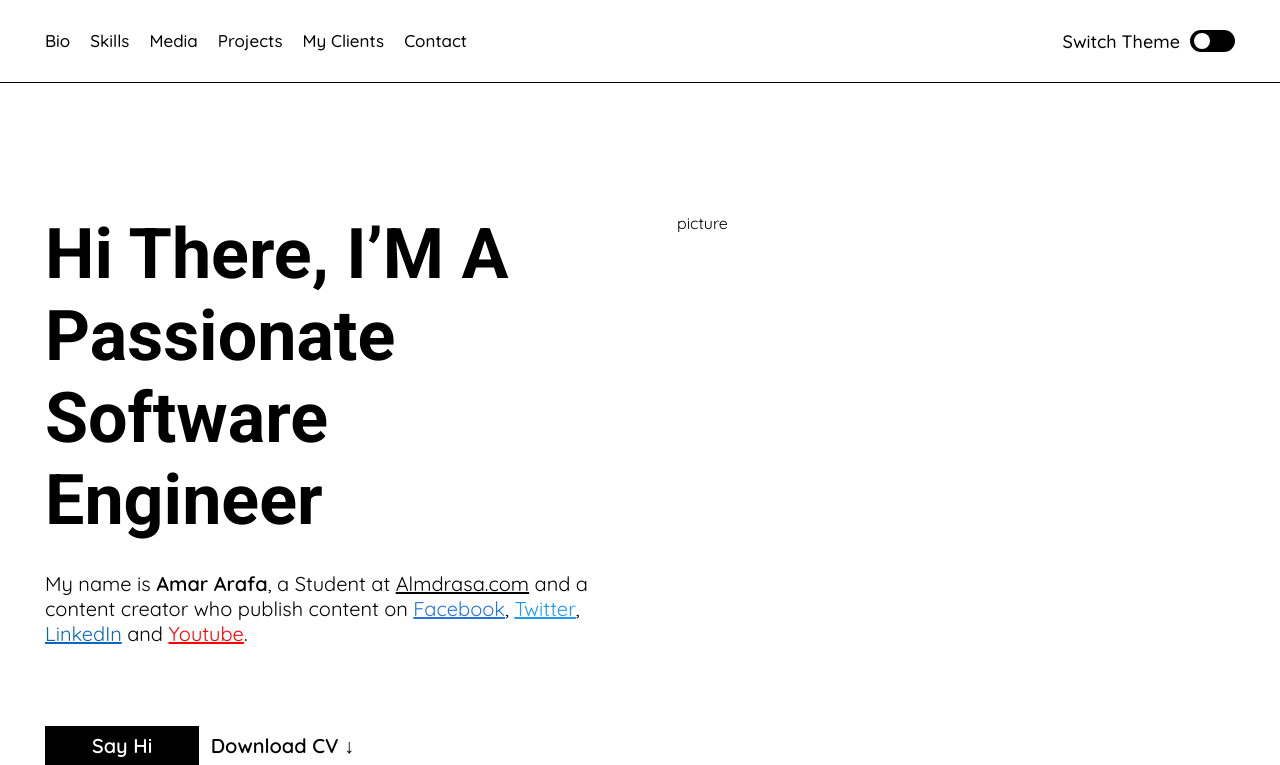
Repository: benarafa1/personal-website
Page: index.html
The author's editor kept a copy of each file at every save. The page is drawn from the files as they stood at one save, then again after the next save.
The browser window is 1280 px wide. The pictures show the whole page.

Above is the page before, as saved 2025-04-12 08:47:17.

After the next save:
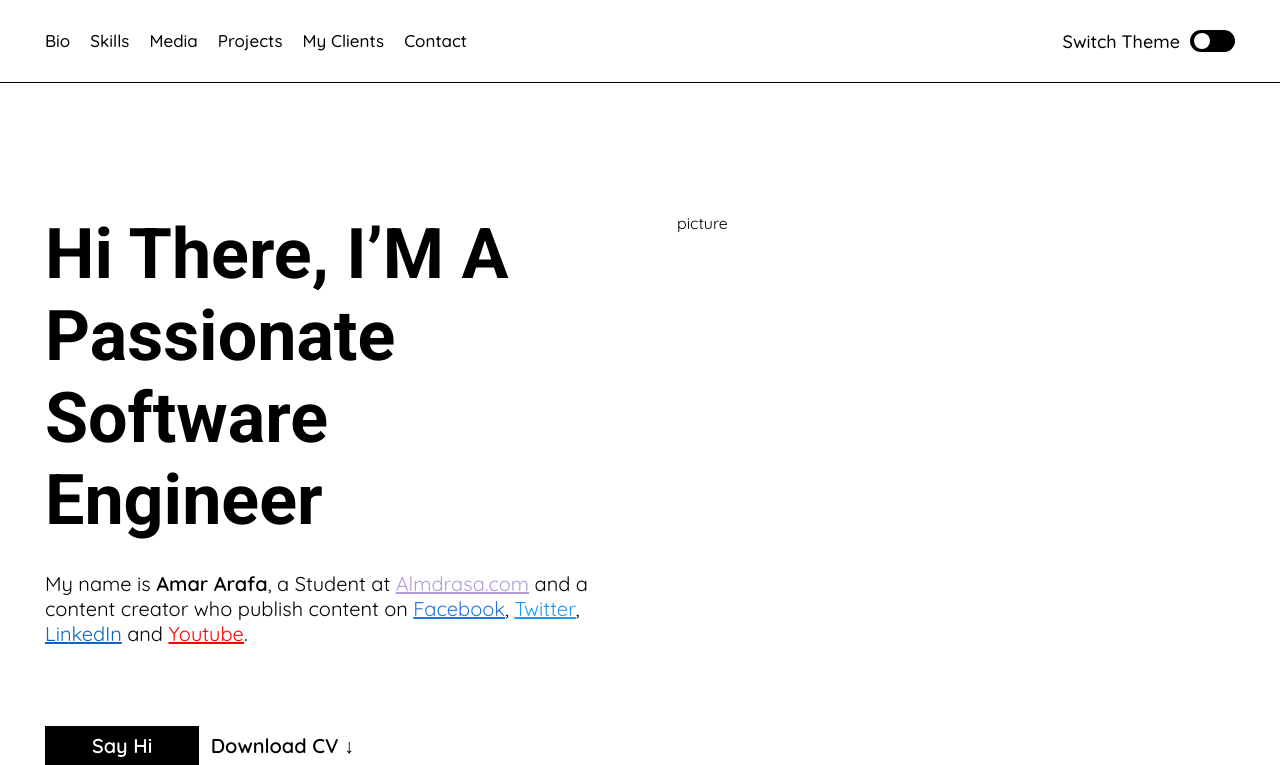
Saved 48 s later.
--- a/style.css
+++ b/style.css
@@ -176,6 +176,9 @@ html {
 .bio__name {
   font-weight: var(--font-weight-semi-bold);
 }
+.bio__Almdrasa {
+  color: var(--color-purple);
+}
 .bio__Facebook {
   color: var(--color-blue);
 }
